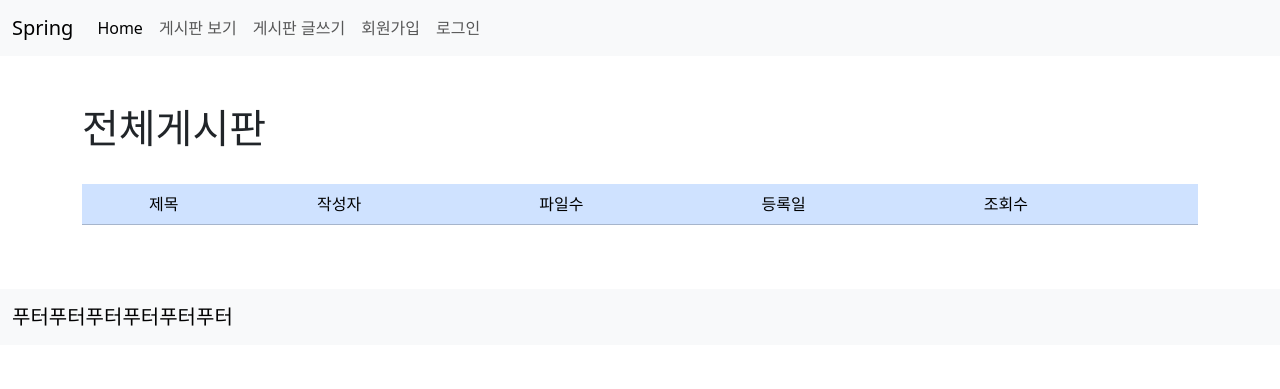
Repository: Jensuchan/spring_solo_project
Page: http://localhost/spring_test/WEB-INF/views/board/list.jsp
The author's editor kept a copy of each file at every save. The page is drawn from the files as they stood at one save, then again after the next save.
The browser window is 1280 px wide. The pictures show the whole page.
The page is served by Tomcat 9. Nobody is signed in. The template is opened directly, without the code that normally fills it, so the values that code supplies are empty.

Above is the page before, as saved 2024-01-16 23:52:08.

After the next save:
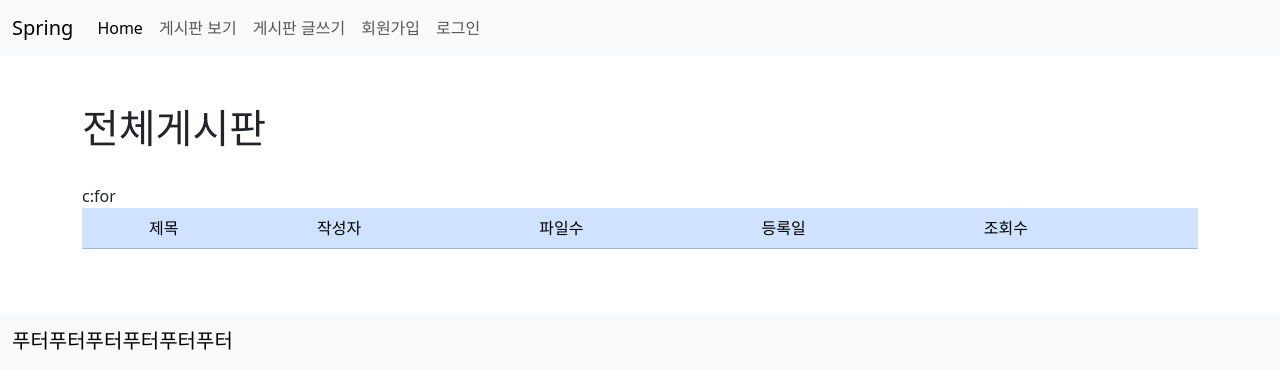
Saved 49 s later.
--- a/spring_test/src/main/webapp/WEB-INF/views/board/list.jsp
+++ b/spring_test/src/main/webapp/WEB-INF/views/board/list.jsp
@@ -1,5 +1,6 @@
 <%@ page language="java" contentType="text/html; charset=UTF-8"
 	pageEncoding="UTF-8"%>
+<%@ taglib uri="http://java.sun.com/jsp/jstl/core" prefix="c"%>
 <jsp:include page="../layout/header.jsp"></jsp:include>
 
 
@@ -16,7 +17,7 @@
 			<td>등록일</td>
 			<td>조회수</td>
 		</thead>
-
+		c:for
 	</table>
 </div>
 
